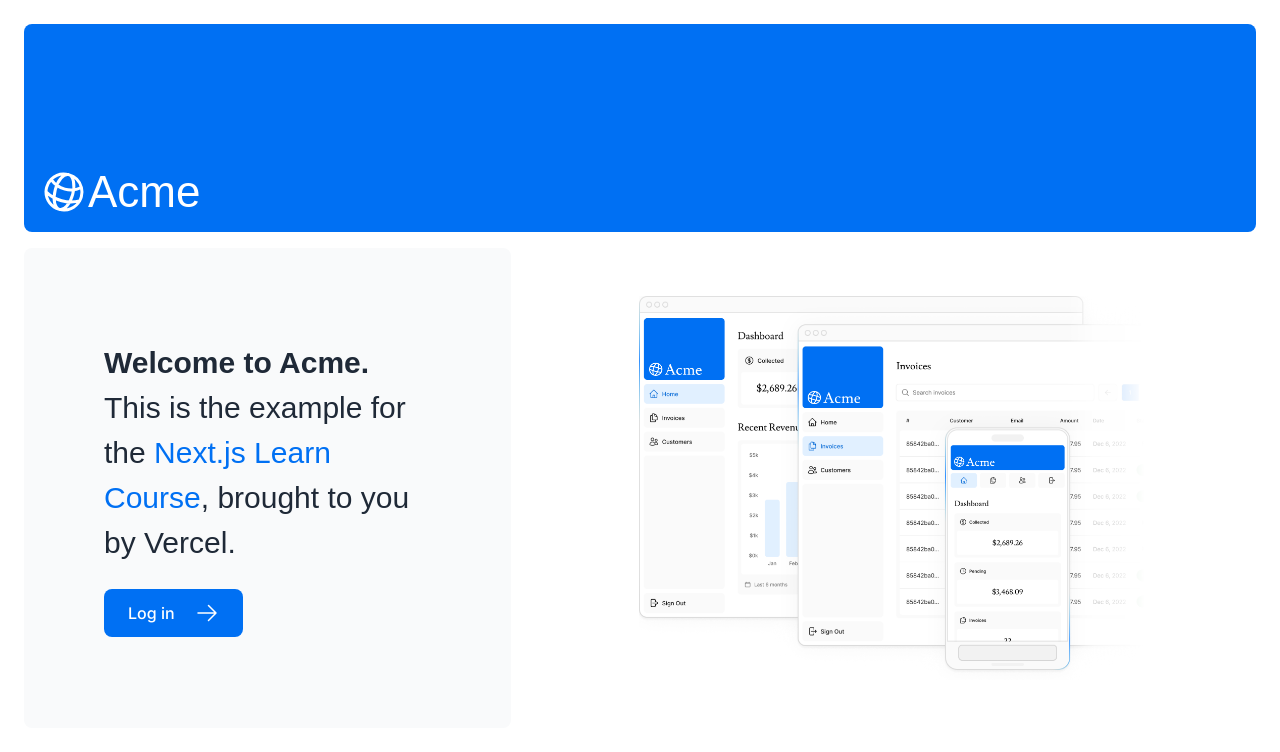
Repository: nooruddine/nfa-app
Page: /
An editor plug-in stored every save of this project. The page is shown before and after the next save, followed by the edit.
The browser window is 1280 px wide. The pictures show the whole page.
Some web fonts or font styles are not loaded; a fallback is used. The project was rebuilt for these pictures with package versions that can differ from the ones it lists, and the page was loaded fresh each time. The framework's server and built-in components were replaced by stand-ins that run in the browser. Also part of the build but not shown: next.config.mjs.

Above is the page before, as saved 2024-09-01 16:38:01.

After the next save:
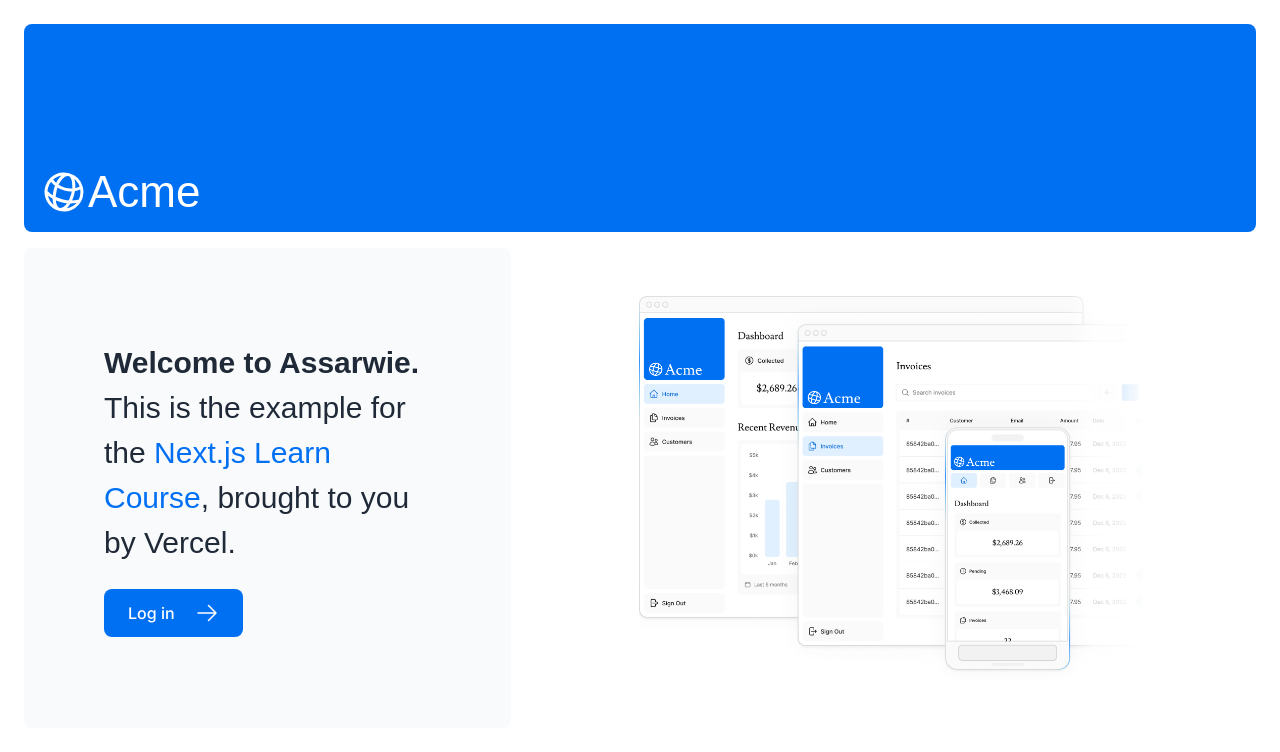
Saved 8 s later.
--- a/app/page.tsx
+++ b/app/page.tsx
@@ -16,7 +16,7 @@ export default function Page() {
           <p
             className={`text-xl text-gray-800 md:text-3xl md:leading-normal ${lusitana.className}`}
           >
-            <strong>Welcome to Acme.</strong> This is the example for the{" "}
+            <strong>Welcome to Assarwie.</strong> This is the example for the{" "}
             <a href="https://nextjs.org/learn/" className="text-blue-500">
               Next.js Learn Course
             </a>
